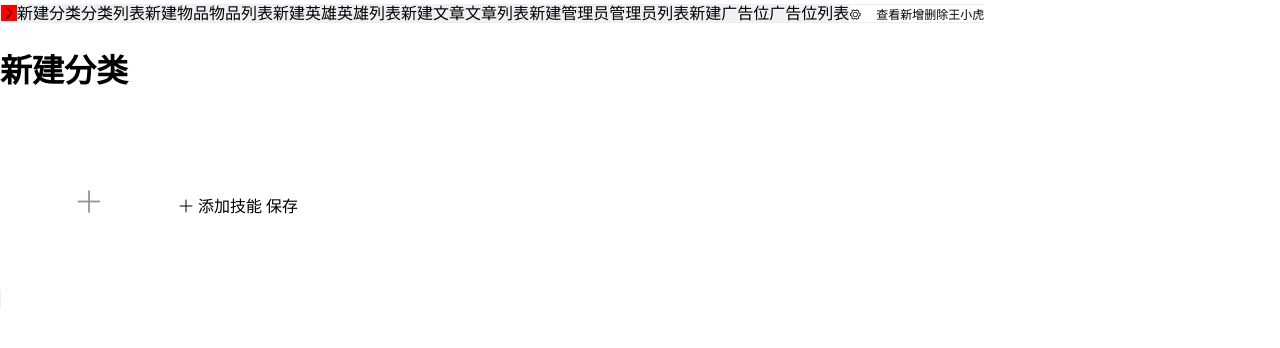
Repository: zqw980624/aaa
Page: /hero/create (app in admin/)
The author's editor kept a copy of each file at every save. The page is drawn from the files as they stood at one save, then again after the next save.
The browser window is 1280 px wide. The pictures show the whole page.
The page's requests for data from a server got no answer. The project was rebuilt for these pictures with package versions that can differ from the ones it lists, and the page was loaded fresh each time. No one was signed in, and anything a server would have sent is missing. Also part of the build but not shown: admin/src/views/CategoryEditor.vue, admin/src/views/CategoryList.vue, admin/src/views/ItemList.vue, admin/src/views/HeroList.vue, admin/src/views/ArticleEditor.vue, admin/src/views/ArticleList.vue, admin/src/views/AdsList.vue, admin/src/views/AdministratorEditor.vue and 1 more. Imported but missing from the stored project, and not drawn on this page: admin/src/plugins/element.js.

Above is the page before, as saved 2020-03-09 22:54:49.

### admin/src/main.js
import Vue from 'vue';
import App from './App.vue';
import './plugins/element.js'
import router from './router'

Vue.config.productionTip = false;

import http from "./http"
Vue.prototype.$http = http

new Vue({
  router,
  render: (h) => h(App)
}).$mount('#app');

### admin/src/App.vue
<template>
  <div id="app">
   <router-view></router-view>
  </div>
</template>

<style>
  html,body{
    margin: 0;
    padding: 0;
  }
</style>

### admin/src/router/index.js
import Vue from 'vue'
import VueRouter from 'vue-router'
import Main from '../views/Main.vue'
import CategoryEditor from '../views/CategoryEditor.vue'
import CategoryList from '../views/CategoryList.vue'

import ItemEditor from '../views/ItemEditor.vue'
import ItemList from '../views/ItemList.vue'

import HeroEditor from '../views/HeroEditor.vue'
import HeroList from '../views/HeroList.vue'

import ArticleEditor from '../views/ArticleEditor.vue'
import ArticleList from '../views/ArticleList.vue'

import AdsEditor from '../views/AdsEditor.vue'
import AdsList from '../views/AdsList.vue'

import AdministratorEditor from '../views/AdministratorEditor.vue'
import AdministratorList from '../views/AdministratorList.vue'
Vue.use(VueRouter)

const routes = [
  {
    path: '/',
    name: 'Main',
    component: Main,
    children:[
      {path:"category/create",component:CategoryEditor},
      {path:"category/editor/:id",component:CategoryEditor,props:true},
      {path:"category/list",component:CategoryList},

      {path:"item/create",component:ItemEditor},
      {path:"item/editor/:id",component:ItemEditor,props:true},
      {path:"item/list",component:ItemList},

      {path:"hero/create",component:HeroEditor},
      {path:"hero/editor/:id",component:HeroEditor,props:true},
      {path:"hero/list",component:HeroList},

      {path:"article/create",component:ArticleEditor},
      {path:"article/editor/:id",component:ArticleEditor,props:true},
      {path:"article/list",component:ArticleList},

      {path:"ad/create",component:AdsEditor},
      {path:"ad/editor/:id",component:AdsEditor,props:true},
      {path:"ad/list",component:AdsList},

      {path:"administrator/create",component:AdministratorEditor},
      {path:"administrator/editor/:id",component:AdministratorEditor,props:true},
      {path:"administrator/list",component:AdministratorList},


    ]
  }
]

const router = new VueRouter({
  mode: 'history',
  base: process.env.BASE_URL,
  routes
})

export default router

### admin/src/http.js
import axios from "axios";

const http = axios.create({
    baseURL:"http://localhost:3000/admin/api"
})

export default http

### admin/src/views/Main.vue

<template>
  <el-container style="height: 100vh; border: 1px solid #eee">
    <el-aside width="200px" style="background-color: rgb(238, 241, 246)">
      <el-menu
        router
        :default-active="$route.path"
        :default-openeds="['1']"
        unique-opened
        background-color="#404040"
        text-color="#aaa"
        active-text-color="#ff4238"
        :collapse="isCollapse"
      >
       <i  class="el-icon-arrow-right toggle" @click="toggle"></i>
        <!-- <el-radio-group v-model="isCollapse" style="margin-bottom: 20px;">
          <el-radio-button :label="false">展开</el-radio-button>
          <el-radio-button :label="true">收起</el-radio-button>
        </el-radio-group> -->
        <el-submenu index="1">
          <template slot="title">
            <i class="el-icon-message"></i>
            <span slot="title">内容管理</span>
          </template>
          <el-menu-item-group>
            <template slot="title">分类</template>
            <el-menu-item index="/category/create">新建分类</el-menu-item>
            <el-menu-item index="/category/list">分类列表</el-menu-item>
          </el-menu-item-group>
          <el-menu-item-group>
            <template slot="title">物品</template>
            <el-menu-item index="/item/create">新建物品</el-menu-item>
            <el-menu-item index="/item/list">物品列表</el-menu-item>
          </el-menu-item-group>
        </el-submenu>

        <el-submenu index="2">
          <template slot="title">
            <i class="el-icon-message"></i>
            <span slot="title">系统管理</span>
          </template>
          <el-menu-item-group>
            <template slot="title">英雄</template>
            <el-menu-item index="/hero/create">新建英雄</el-menu-item>
            <el-menu-item index="/hero/list">英雄列表</el-menu-item>
          </el-menu-item-group>
          <el-menu-item-group>
            <template slot="title">文章</template>
            <el-menu-item index="/article/create">新建文章</el-menu-item>
            <el-menu-item index="/article/list">文章列表</el-menu-item>
          </el-menu-item-group>
        </el-submenu>

        <el-submenu index="3">
         <template slot="title">
            <i class="el-icon-message"></i>
            <span slot="title">管理员管理</span>
          </template>
          <el-menu-item-group>
            <template slot="title">管理员</template>
            <el-menu-item index="/administrator/create">新建管理员</el-menu-item>
            <el-menu-item index="/administrator/list">管理员列表</el-menu-item>
          </el-menu-item-group>
          <el-menu-item-group>
            <template slot="title">广告位</template>
            <el-menu-item index="/ad/create">新建广告位</el-menu-item>
            <el-menu-item index="/ad/list">广告位列表</el-menu-item>
          </el-menu-item-group>
        </el-submenu>
      </el-menu>
    </el-aside>

    <el-container>
      <el-header style="text-align: right; font-size: 12px">
        <el-dropdown>
          <i class="el-icon-setting" style="margin-right: 15px"></i>
          <el-dropdown-menu slot="dropdown">
            <el-dropdown-item>查看</el-dropdown-item>
            <el-dropdown-item>新增</el-dropdown-item>
            <el-dropdown-item>删除</el-dropdown-item>
          </el-dropdown-menu>
        </el-dropdown>
        <span>王小虎</span>
      </el-header>

      <el-main>
        <router-view></router-view>
      </el-main>
    </el-container>
  </el-container>
</template>
<script>
export default {
  data() {
    return {
      isCollapse: true
    };
  },
  methods: {
    toggle(){

    }
  }
};
</script>
<style>
.toggle{
  background: red;
}
.el-header {
  background-color: #b3c0d1;
  color: #333;
  line-height: 60px;
}

.el-aside {
  color: #333;
}
</style>

### admin/src/views/ItemEditor.vue
<template>
  <div>
    <h1>{{id?'编辑':'新建'}}分类</h1>
    <el-form @submit.native.prevent="save" label-width="100px">
      <el-form-item label="名称">
        <el-input v-model="model.name"></el-input>
      </el-form-item>
      <el-form-item label="图标">
        <el-upload
          class="avatar-uploader"
          :action="$http.defaults.baseURL + '/upload'"
          :show-file-list="false"
          :on-success="handleAvatarSuccess"

        >
          <img v-if="model.icon" :src="model.icon" class="avatar" />
          <i v-else class="el-icon-plus avatar-uploader-icon"></i>
        </el-upload>
      </el-form-item>
      <el-form-item>
        <el-button type="primary" native-type="submit">保存</el-button>
      </el-form-item>
    </el-form>
  </div>
</template>


<script>
export default {
  props: {
    id: {}
  },
  data() {
    return {
      model: {
        name: "",
        icon:""
      }
    };
  },
  methods: {
    handleAvatarSuccess(res){
      console.log(res)
      this.$set(this.model,"icon",res.url)
      // this.model.icon = res.url
    },
    async save() {
      let res;
      if (this.id) {
        res = await this.$http({
          method: "put",
          url: `/rest/items/${this.id}`,
          data: this.model
        });
      } else {
        res = await this.$http({
          method: "post",
          url: "/rest/items",
          data: this.model
        });
      }

      if (res.data) {
        this.$router.push("/item/list");
        this.$message({
          type: "success",
          message: "保存成功"
        });
      }
    },
    async fetch() {
      let res = await this.$http.get(`/rest/items/${this.id}`);

      this.model = res.data;
    }
  },
  created() {
    this.id && this.fetch();
  }
};
</script>

<style>
  .avatar-uploader .el-upload {
    border: 1px dashed #d9d9d9;
    border-radius: 6px;
    cursor: pointer;
    position: relative;
    overflow: hidden;
  }
  .avatar-uploader .el-upload:hover {
    border-color: #409EFF;
  }
  .avatar-uploader-icon {
    font-size: 28px;
    color: #8c939d;
    width: 178px;
    height: 178px;
    line-height: 178px;
    text-align: center;
  }
  .avatar {
    width: 178px;
    height: 178px;
    display: block;
  }
</style>

### admin/src/views/HeroEditor.vue
<template>
  <div>
    <h1>{{id?'编辑':'新建'}}分类</h1>
    <el-form @submit.native.prevent="save" label-width="100px">
      <el-tabs value="skills" type="border-card">
        <el-tab-pane label="基础信息" name="basic">
          <el-form-item label="角色">
            <el-input v-model="model.name"></el-input>
          </el-form-item>
          <el-form-item label="称号">
            <el-input v-model="model.title"></el-input>
          </el-form-item>
          <el-form-item label="头像">
            <el-upload
              class="avatar-uploader"
              :action="$http.defaults.baseURL + '/upload'"
              :show-file-list="false"
              :on-success="handleAvatarSuccess"
            >
              <img v-if="model.avator" :src="model.avator" class="avatar" />
              <i v-else class="el-icon-plus avatar-uploader-icon"></i>
            </el-upload>
          </el-form-item>
          <el-form-item label="职业">
            <el-select v-model="model.categories" placeholder="请选择" multiple>
              <el-option
                v-for="item in catogories"
                :key="item._id"
                :label="item.name"
                :value="item._id"
              ></el-option>
            </el-select>
          </el-form-item>
          <el-form-item label="难度">
            <el-rate
              style="margin-top:.6rem"
              :max="9"
              v-model="model.details.difficulty"
              show-score
            ></el-rate>
          </el-form-item>
          <el-form-item label="技能">
            <el-rate style="margin-top:.6rem" :max="9" v-model="model.details.skill" show-score></el-rate>
          </el-form-item>
          <el-form-item label="攻击">
            <el-rate style="margin-top:.6rem" :max="9" v-model="model.details.attack" show-score></el-rate>
          </el-form-item>
          <el-form-item label="生存">
            <el-rate style="margin-top:.6rem" :max="9" v-model="model.details.existence" show-score></el-rate>
          </el-form-item>

          <el-form-item label="顺风出装">
            <el-select v-model="model.tailWind" placeholder="请选择" multiple>
              <el-option v-for="item in items" :key="item._id" :label="item.name" :value="item._id"></el-option>
            </el-select>
          </el-form-item>
          <el-form-item label="逆风出装">
            <el-select v-model="model.headwind" placeholder="请选择" multiple>
              <el-option v-for="item in items" :key="item._id" :label="item.name" :value="item._id"></el-option>
            </el-select>
          </el-form-item>
          <el-form-item label="使用技巧">
            <el-input v-model="model.useTip" type="textarea"></el-input>
          </el-form-item>
          <el-form-item label="对抗技巧">
            <el-input t v-model="model.combatTip" type="textarea"></el-input>
          </el-form-item>
          <el-form-item label="团队思路">
            <el-input t v-model="model.teamTip" type="textarea"></el-input>
          </el-form-item>
        </el-tab-pane>
        <el-tab-pane label="技能" name="skills">
          <el-button size="small" @click="model.skills.push({})">
            <i class="el-icon-plus"></i> 添加技能
          </el-button>
          <el-row>
            <el-col :md="12" v-for="(item,index) in model.skills" :key="index">
              <el-form-item label="名称">
                <el-input v-model="item.name"></el-input>
              </el-form-item>
              <el-form-item label="图标">
                <el-upload
                  class="avatar-uploader"
                  :action="$http.defaults.baseURL + '/upload'"
                  :show-file-list="false"
                  :on-success="res => $set(item,'icon',res.url)"
                >
                  <img v-if="item.icon" :src="item.icon" class="avatar" />
                  <i v-else class="el-icon-plus avatar-uploader-icon"></i>
                </el-upload>
              </el-form-item>
              <el-form-item label="描述">
                <el-input v-model="item.description"></el-input>
              </el-form-item>
              <el-form-item label="小提示">
                <el-input type="textarea" v-model="item.tips"></el-input>
              </el-form-item>
              <el-form-item>
                <el-button @click="model.skills.splice(index,1)" type="danger">删除</el-button>
              </el-form-item>
            </el-col>
          </el-row>
        </el-tab-pane>
      </el-tabs>
      <el-form-item>
        <el-button type="primary" style="margin-top:1rem" native-type="submit">保存</el-button>
      </el-form-item>
    </el-form>
  </div>
</template>


<script>
export default {
  props: {
    id: {}
  },
  data() {
    return {
      model: {
        details: {
          difficulty: 0,
          skill: 0,
          attack: 0,
          existence: 0
        },
        skills: []
      },
      catogories: [],
      items: []
    };
  },
  methods: {
    handleAvatarSuccess(res) {
      console.log(res);
      this.$set(this.model, "avator", res.url);
      // this.model.icon = res.url
    },
    async save() {
      let res;
      if (this.id) {
        res = await this.$http({
          method: "put",
          url: `/rest/hero/${this.id}`,
          data: this.model
        });
      } else {
        res = await this.$http({
          method: "post",
          url: "/rest/hero",
          data: this.model
        });
      }

      if (res.data) {
        this.$router.push("/hero/list");
        this.$message({
          type: "success",
          message: "保存成功"
        });
      }
    },
    async fetch() {
      let res = await this.$http.get(`/rest/hero/${this.id}`);

      this.model = res.data;
    },
    async fetchCategories() {
      let res = await this.$http.get(`/rest/categories`);
      this.catogories = res.data;
    },
    async fetchItems() {
      let res = await this.$http.get(`/rest/items`);
      this.items = res.data;
    }
  },
  created() {
    this.fetchCategories();
    this.fetchItems();
    this.id && this.fetch();
  }
};
</script>

<style>
.avatar-uploader .el-upload {
  border: 1px dashed #d9d9d9;
  border-radius: 6px;
  cursor: pointer;
  position: relative;
  overflow: hidden;
}
.avatar-uploader .el-upload:hover {
  border-color: #409eff;
}
.avatar-uploader-icon {
  font-size: 28px;
  color: #8c939d;
  width: 178px;
  height: 178px;
  line-height: 178px;
  text-align: center;
}
.avatar {
  width: 178px;
  height: 178px;
  display: block;
}
</style>

### admin/src/views/AdsEditor.vue
<template>
  <div>
    <h1>{{id?'编辑':'新建'}}广告位</h1>
    <el-form @submit.native.prevent="save" label-width="100px">
      <el-form-item label="名称">
        <el-input v-model="model.name"></el-input>
      </el-form-item>
       <el-form-item label="广告">
       <el-button size="small" @click="model.ads.push({})">
            <i class="el-icon-plus"></i> 添加广告
          </el-button>
      </el-form-item>


          <el-row>
            <el-col :md="12" v-for="(item,index) in model.ads" :key="index">
             <el-form-item label="链接">
                <el-input v-model="item.link"></el-input>
              </el-form-item>
              <el-form-item label="图标">
                <el-upload
                  class="avatar-uploader"
                  :action="$http.defaults.baseURL + '/upload'"
                  :show-file-list="false"
                  :on-success="res => $set(item,'image',res.url)"
                >
                  <img v-if="item.image" :src="item.image" class="avatar" />
                  <i v-else class="el-icon-plus avatar-uploader-icon"></i>
                </el-upload>
              </el-form-item>

               <el-form-item>
                <el-button size="small" @click="model.ads.splice(index,1)" type="danger">删除</el-button>
              </el-form-item>
            </el-col>
          </el-row>

      <el-form-item>
        <el-button type="primary" native-type="submit">保存</el-button>
      </el-form-item>
    </el-form>
  </div>
</template>


<script>
export default {
  props: {
    id: {}
  },
  data() {
    return {
      model: {
        name: "",
        ads:[]
      }
    };
  },
  methods: {
    handleAvatarSuccess(res){
      console.log(res)
      this.$set(this.model,"icon",res.url)
      // this.model.icon = res.url
    },
    async save() {
      let res;
      if (this.id) {
        res = await this.$http({
          method: "put",
          url: `/rest/ads/${this.id}`,
          data: this.model
        });
      } else {
        res = await this.$http({
          method: "post",
          url: "/rest/ads",
          data: this.model
        });
      }

      if (res.data) {
        this.$router.push("/ad/list");
        this.$message({
          type: "success",
          message: "保存成功"
        });
      }
    },
    async fetch() {
      let res = await this.$http.get(`/rest/ads/${this.id}`);

      this.model = res.data;
    }
  },
  created() {
    this.id && this.fetch();
  }
};
</script>

<style>
  .avatar-uploader .el-upload {
    border: 1px dashed #d9d9d9;
    border-radius: 6px;
    cursor: pointer;
    position: relative;
    overflow: hidden;
  }
  .avatar-uploader .el-upload:hover {
    border-color: #409EFF;
  }
  .avatar-uploader-icon {
    font-size: 28px;
    color: #8c939d;
    width: 178px;
    height: 178px;
    line-height: 178px;
    text-align: center;
  }
  .avatar {
    width: 178px;
    height: 178px;
    display: block;
  }
</style>

Loaded but not shown: admin/public/index.html (common file)

After the next save:
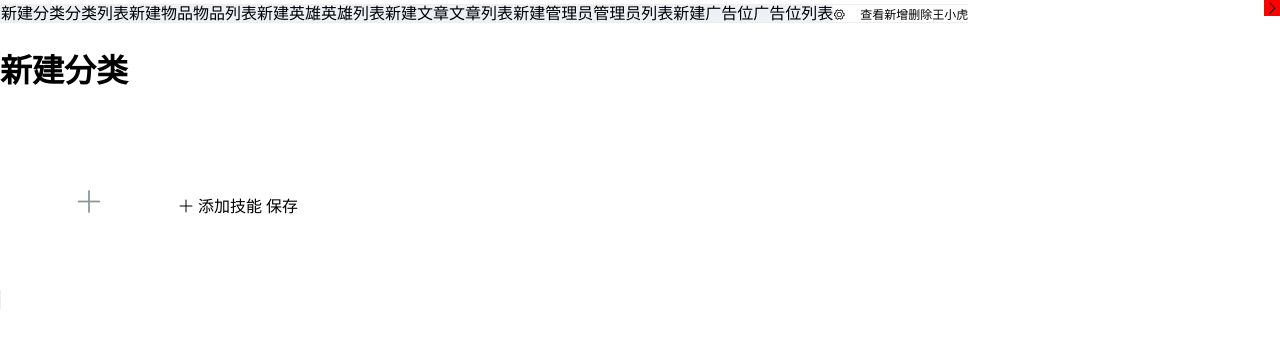
Saved 10 s later.
--- a/admin/src/views/Main.vue
+++ b/admin/src/views/Main.vue
@@ -106,6 +106,7 @@ export default {
 <style>
 .toggle{
   background: red;
+  float: right;
 }
 .el-header {
   background-color: #b3c0d1;
